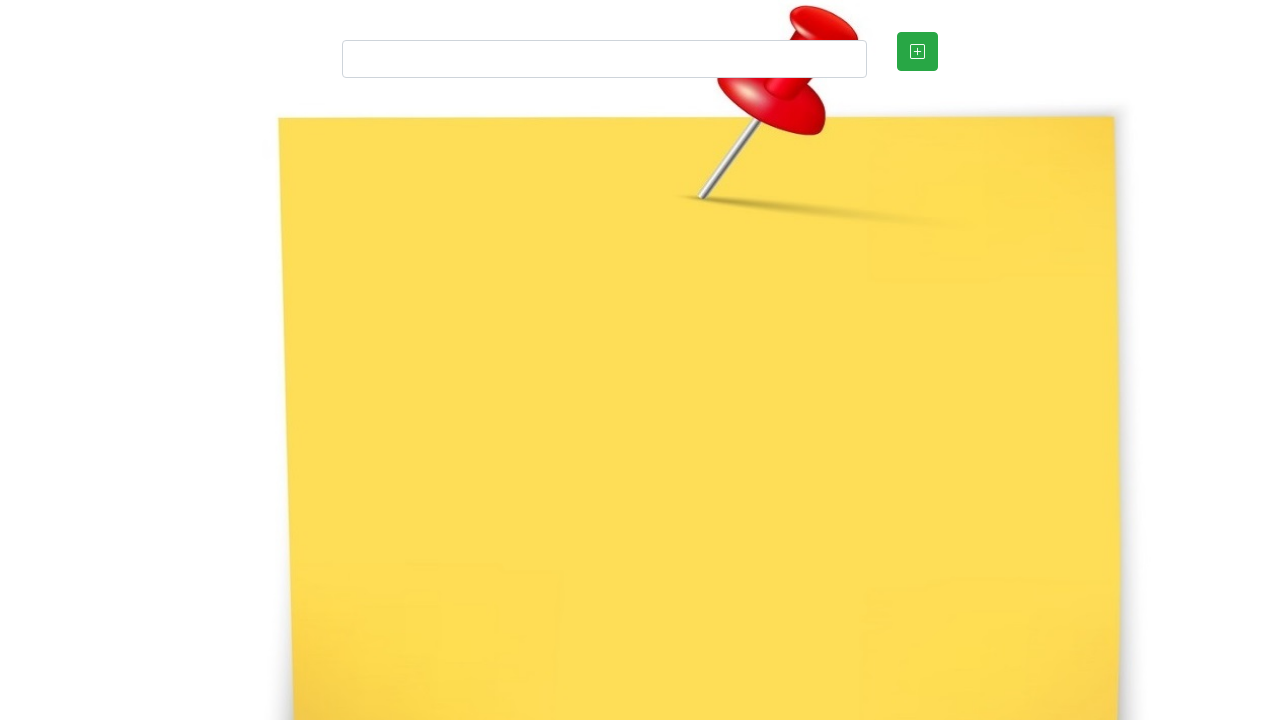
Repository: walaaElbasha/Todo-list-laravel
Page: http://localhost/tasks
The author's editor kept a copy of each file at every save. The page is drawn from the files as they stood at one save, then again after the next save.
The browser window is 1280 px wide. The pictures show the whole page.
The page is served by the project's Laravel application, run on PHP 8.4 with Laravel 8. Other server files are loaded and not shown. Style sheets and scripts are compiled from the project's sources, by tool versions that may differ from the author's. Queries for data that is not in the repository find no rows.

Above is the page before, as saved 2021-07-01 14:59:18.

### routes/web.php
<?php

use Illuminate\Support\Facades\Route;
use App\Http\Controllers\TaskController;
/*
|--------------------------------------------------------------------------
| Web Routes
|--------------------------------------------------------------------------
|
| Here is where you can register web routes for your application. These
| routes are loaded by the RouteServiceProvider within a group which
| contains the "web" middleware group. Now create something great!
|
*/

Route::get('/', function () {
    return view('welcome');
});

Route::get('/tasks', [TaskController::class, 'index'])->name('tasks.index');
Route::post('/tasks', [TaskController::class, 'store'])->name('tasks.store');
Route::get('/tasks/{task}/edit', [TaskController::class, 'edit'])->name('tasks.edit');
Route::put('/tasks/{task}', [TaskController::class, 'update'])->name('tasks.update');
Route::delete('/tasks/{task}', [TaskController::class, 'destroy'])->name('tasks.destroy');

### app/Http/Controllers/TaskController.php
<?php

namespace App\Http\Controllers;
use Illuminate\Http\Request;
use App\Http\Requests\TaskRequest;
use App\Models\Task;


class TaskController extends Controller

{

    public function index()
    {
        $allTasks = Task::paginate(4);

        return view('tasks.index', [
            'allTasks' => $allTasks
        ]);
    }

    public function edit($taskId)
    {
        $task = Task::find($taskId);
        return view('tasks.edit', [
            'task' => $task,
        ]);
    }
    public function update($taskId, TaskRequest $request)
    {


        // $requestData = $request->all();

        // $task = Task::find($taskId);
        // $task->update($requestData);
        // $task->save();

        $requestData = $request->all();
        $task = Task::find($taskId);
        $task->update($requestData);
        $task->save();
        return redirect()->route('tasks.index')->with('success', "TODO updated successfully!");
    }

    public function destroy($taskId)
    {

        $task = Task::findorfail($taskId);

        $task->delete();
        return redirect()->route('tasks.index');
    }



    public function store(TaskRequest $request)
    {

        // $requestData = $request->all();
        // Task::create($requestData);

        $task = new Task;
        $task->name = $request->name;
        $task->save();
        return redirect()->route('tasks.index');
    }

}

### resources/views/tasks/index.blade.php
@extends('layouts.app')

@section('content')

<!-- Bootstrap Boilerplate... -->
<div>

    <div class="container" >

        <!-- Display Validation Errors -->
        <table>
            <ul >
                @foreach($allTasks as $task)


                <tr>
                    <td style="width:600px">
                        <div style="display:flex">
                            <!-- <div style="justify-content:flex-start"> -->
                            <li>
                                {{ $task->name}}

                            </li>
                    </td>
                    <td>
                        <!-- </div> -->
                        <div style="justify-content:flex-end">

                            <a href="{{ route('tasks.edit',['task' => $task['id']]) }}" class="btn btn-secondary" style="margin-bottom: 20px;"><i class="bi bi-pencil-square"></i>


                            </a>

                            <form style="display:inline" method="POST" action="{{route('tasks.destroy',['task' => $task['id']])}}">
                                @csrf
                                @method('DELETE')
                                <button onclick="return confirm('Are you sure?')" class="btn btn-danger" type="submit" style="margin-bottom: 20px;"><i class="bi bi-trash-fill"></i></button>
                            </form>
                        </div>
    </div>
    <br>
    </td>

    </tr>


    @endforeach
    </ul>
    </table>
    <!-- New Task Form -->
    <form action="{{ route('tasks.store') }}" method="POST" class="form-horizontal">
        @csrf

        <!-- Task Name -->
        <div class="form-group">
            <div class="text-center" style="display:flex; justify-content:center; align-items:center">
                {{$allTasks->links("pagination::bootstrap-4")}}

            </div>

            @if($errors->any())
            <div class="alert alert-danger">
                <ul>
                    @foreach ($errors->all() as $error)
                    <li>{{ $error }}</li>
                    @endforeach
                </ul>
            </div>
            @endif
            <div style="display:flex; justify-content:center; align-items:center">
                <div class="col-sm-6">
                    <input type="text" name="name" id="name" class="form-control">
                </div>

                <div class="form-group">
                    <div class="col-sm-offset-3 col-sm-6">
                        <button type="submit" class="btn btn-success">
                            <span style="font-size:15px"><i class="bi bi-plus-square"></i> </span>
                        </button>
                    </div>
                </div>
            </div>
        </div>
    </form>
</div>
</div>



<!-- TODO: Current Tasks -->
@endsection

### resources/views/layouts/app.blade.php
<!DOCTYPE html>
<html lang="en">

<head>
    <meta charset="utf-8">
    <meta name="viewport" content="width=device-width, initial-scale=1">

    <!-- CSRF Token -->
    <meta name="csrf-token" content="{{ csrf_token() }}">

    <title>{{ config('app.name', 'All Tasks') }}</title>

    <!-- Scripts -->
    <script src="{{ asset('js/app.js') }}" defer></script>

    <!-- Fonts -->
    <link rel="dns-prefetch" href="//fonts.gstatic.com">
    <link href="https://fonts.googleapis.com/css?family=Nunito" rel="stylesheet">

    <!-- Styles -->
    <link href="{{ asset('css/app.css') }}" rel="stylesheet">
    <link rel="stylesheet" href="https://cdn.jsdelivr.net/npm/bootstrap@4.6.0/dist/css/bootstrap.min.css" integrity="sha384-B0vP5xmATw1+K9KRQjQERJvTumQW0nPEzvF6L/Z6nronJ3oUOFUFpCjEUQouq2+l" crossorigin="anonymous">
    <link rel="stylesheet" href="path/to/font-awesome/css/font-awesome.min.css">
    <link rel="stylesheet" href="https://cdn.jsdelivr.net/npm/bootstrap-icons@1.5.0/font/bootstrap-icons.css">
</head>


<body style="background-image: url('sticky.jpg')  ; background-repeat: no-repeat;
  background-size: 1400px 950px;">
    <div class="container">
        <nav class="navbar navbar-default">
            <!-- Navbar Contents -->
        </nav>
    </div>

    @yield('content')

</body>

</html>

Loaded but not shown: app/Http/Controllers/Controller.php (common file); app/Models/Task.php (common file); resources/sass/app.scss (common file); resources/sass/_variables.scss (common file)

After the next save:
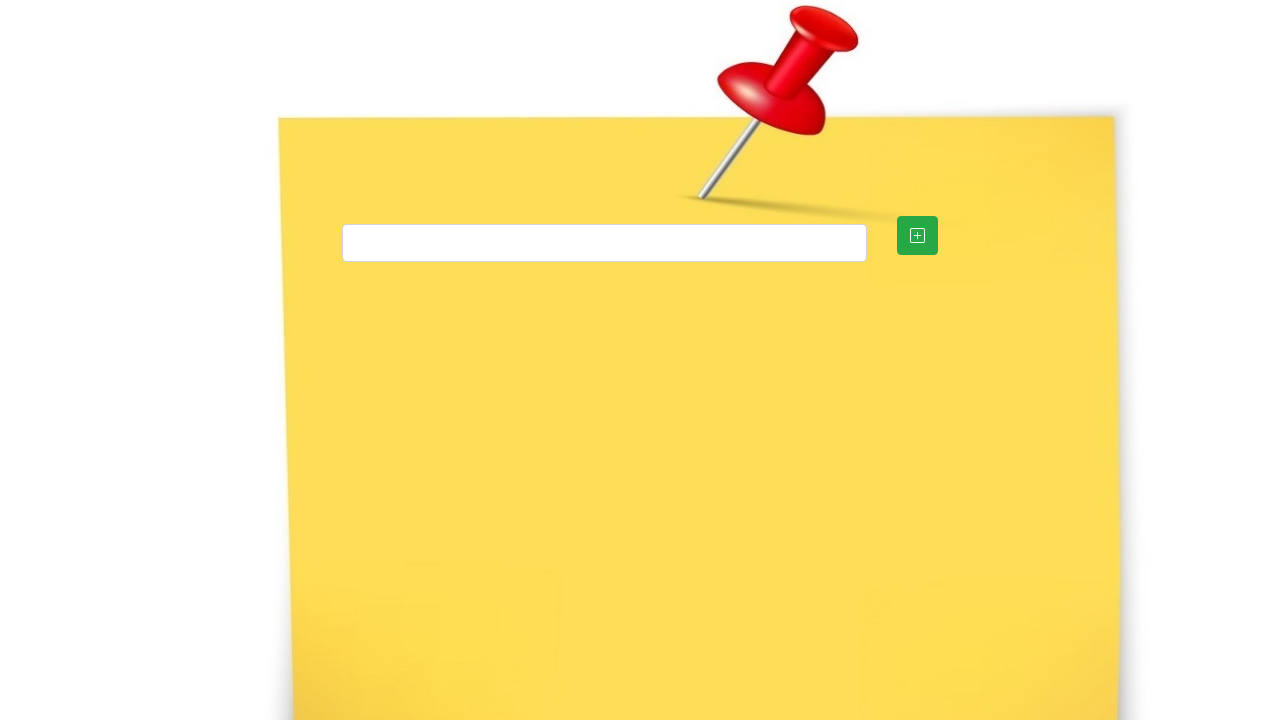
Saved 34 s later.
--- a/resources/views/tasks/index.blade.php
+++ b/resources/views/tasks/index.blade.php
@@ -5,49 +5,51 @@
 <!-- Bootstrap Boilerplate... -->
 <div>
 
-    <div class="container" >
+    <div class="container">
 
         <!-- Display Validation Errors -->
-        <table>
-            <ul >
-                @foreach($allTasks as $task)
+        <div style="margin-top:200px; margin-left:350px">
+            <table>
+                <ul>
+                    @foreach($allTasks as $task)
 
 
-                <tr>
-                    <td style="width:600px">
-                        <div style="display:flex">
-                            <!-- <div style="justify-content:flex-start"> -->
-                            <li>
-                                {{ $task->name}}
+                    <tr>
+                        <td style="width:600px">
+                            <div style="display:flex">
+                                <!-- <div style="justify-content:flex-start"> -->
+                                <li>
+                                    {{ $task->name}}
 
-                            </li>
-                    </td>
-                    <td>
-                        <!-- </div> -->
-                        <div style="justify-content:flex-end">
+                                </li>
+                        </td>
+                        <td>
+                            <!-- </div> -->
+                            <div style="justify-content:flex-end">
 
-                            <a href="{{ route('tasks.edit',['task' => $task['id']]) }}" class="btn btn-secondary" style="margin-bottom: 20px;"><i class="bi bi-pencil-square"></i>
+                                <a href="{{ route('tasks.edit',['task' => $task['id']]) }}" class="btn btn-secondary" style="margin-bottom: 20px;"><i class="bi bi-pencil-square"></i>
 
 
-                            </a>
+                                </a>
 
-                            <form style="display:inline" method="POST" action="{{route('tasks.destroy',['task' => $task['id']])}}">
-                                @csrf
-                                @method('DELETE')
-                                <button onclick="return confirm('Are you sure?')" class="btn btn-danger" type="submit" style="margin-bottom: 20px;"><i class="bi bi-trash-fill"></i></button>
-                            </form>
-                        </div>
-    </div>
-    <br>
-    </td>
+                                <form style="display:inline" method="POST" action="{{route('tasks.destroy',['task' => $task['id']])}}">
+                                    @csrf
+                                    @method('DELETE')
+                                    <button onclick="return confirm('Are you sure?')" class="btn btn-danger" type="submit" style="margin-bottom: 20px;"><i class="bi bi-trash-fill"></i></button>
+                                </form>
+                            </div>
+        </div>
+        <br>
+        </td>
 
-    </tr>
+        </tr>
 
 
-    @endforeach
-    </ul>
-    </table>
-    <!-- New Task Form -->
+        @endforeach
+        </ul>
+        </table>
+        <!-- New Task Form -->
+    </div>
     <form action="{{ route('tasks.store') }}" method="POST" class="form-horizontal">
         @csrf
 
